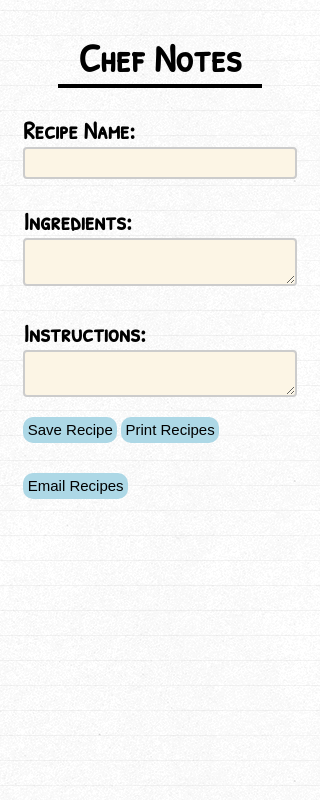
Repository: Chadloswald/RecipeSite
Page: docs/index.html
The author's editor kept a copy of each file at every save. The page is drawn from the files as they stood at one save, then again after the next save.
The browser window is 320 px wide. The pictures show the whole page.

Above is the page before, as saved 2023-05-22 13:42:22.

After the next save:
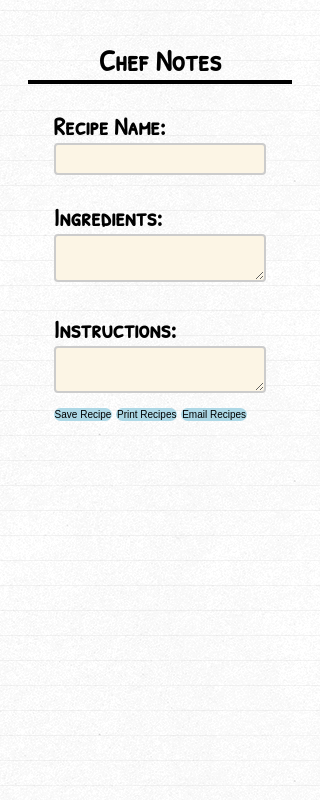
Saved 5 days later.
--- a/docs/style.css
+++ b/docs/style.css
@@ -145,23 +145,62 @@ p {
 /* Media query for screens with a maximum width of 600 pixels */
 @media screen and (max-width: 600px) {
   body {
-    /* Modify the styles for smaller screens */
     margin-top: 10px;
   }
 
   h1 {
-    /* Modify the styles for smaller screens */
     font-size: 40px;
     margin: 0 50px;
   }
 
   form {
-    /* Modify the styles for smaller screens */
     width: 90%;
   }
 
   button {
-    font-size: 15px; /* Adjust the font size */
-    padding: 0.3em; /* Adjust the padding */
-  }
-}
+    font-size: 15px;
+    padding: 0.3em;
+  }
+}
+
+/* CSS for screens up to 480px */
+@media screen and (max-width: 480px) {
+  body {
+    margin-top: 15px; /* Example: Adjusted margin-top value */
+  }
+
+  h1 {
+    font-size: 35px; /* Example: Smaller font size */
+    margin: 0 30px; /* Example: Adjusted margin */
+  }
+
+  form {
+    width: 80%; /* Example: Narrower form width */
+  }
+
+  button {
+    font-size: 12px; /* Example: Smaller font size */
+    padding: 0.2em; /* Example: Adjusted padding */
+  }
+}
+
+/* CSS for screens up to 320px */
+@media screen and (max-width: 320px) {
+  body {
+    margin-top: 20px; /* Example: Adjusted margin-top value */
+  }
+
+  h1 {
+    font-size: 30px; /* Example: Smaller font size */
+    margin: 0 20px; /* Example: Adjusted margin */
+  }
+
+  form {
+    width: 70%; /* Example: Narrower form width */
+  }
+
+  button {
+    font-size: 10px; /* Example: Smaller font size */
+    padding: 0.1em; /* Example: Adjusted padding */
+  }
+}
